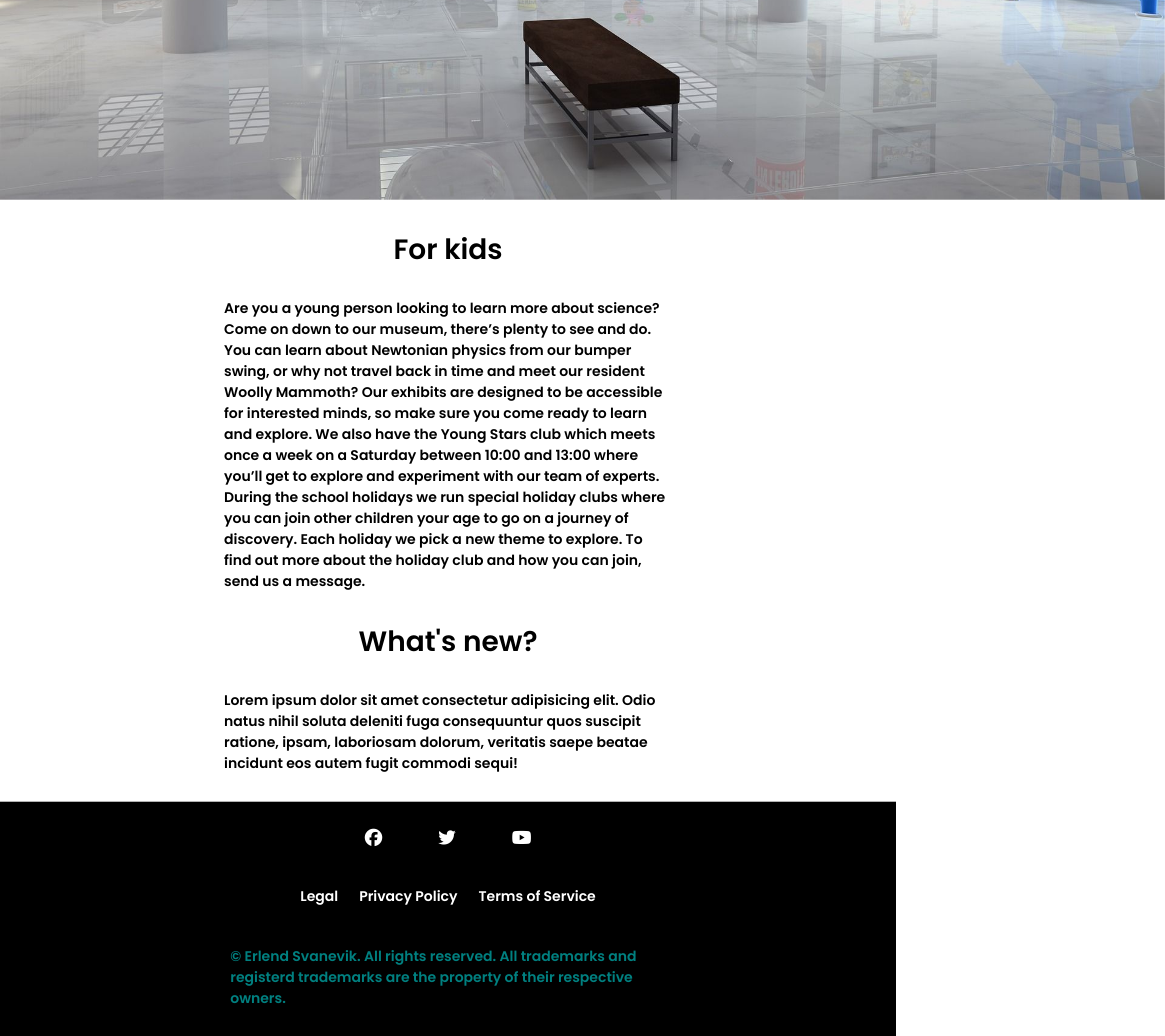
Repository: EpleWasTaken/Semester-Project
Page: index.html
These files come from the project's save history. The page is drawn as it stood at one moment and after the next save; the edit follows.
The browser window is 1280 px wide. The page is 1664 px wide, so the pictures cover 1664 px, including what lies to the right of the window. The pictures show the part of the page from y = 996 to 2476 px (the page is 2476 px tall before and 2466 px after), at 70% of full size.
Some web libraries are served in a nearby version.

Above is the page before, as saved 2020-12-04 12:34:14.

### index.html
<!DOCTYPE html>
<html lang="en">
<head>
    <meta charset="UTF-8">
    <meta name="viewport" content="width=device-width, initial-scale=1.0">
    <meta name="keywords" content="museum, science museum, community museum">
    <meta name="author" content="Erlend Molvik Svanevik">
    <title>CSM Home Page</title>

    <link rel="preconnect" href="https://fonts.gstatic.com">
    <link href="https://fonts.googleapis.com/css2?family=Poppins:ital,wght@0,100;0,200;0,300;0,400;0,500;0,600;1,100;1,200;1,300;1,400;1,500;1,600&display=swap" rel="stylesheet">
    <link rel="stylesheet" href="/css/styles.css">
    <link rel="stylesheet" href="/css/footer.css">
    <script src="https://kit.fontawesome.com/cafca22d75.js" crossorigin="anonymous"></script>
</head>


<!--NAVIGAION, LOGO AND SEARCH BAR-->


<body>
    <header>
        <div class="logo-container">
            <a href="index.html" aria-label="Go to frontpage">
                <img src="/Images/CommunityScienceMuseum.jpg" class="logo" alt="Community Science Museum logo">
            </a>
        </div>
        <label class="hamburger-menu" for="hamburger-menu" aria-label="Hamburger menu for navigation"><i class="fas fa-bars fa-2x"></i></label>
        <input type="checkbox" id="hamburger-menu">
        <nav>
            <div class="nav-container">
                <ul>
                    <h2>Menu</h2>
                    <li><a href="index.html" aria-label="Go to home page">Home</a></li>
                    <li><a href="visit.html" aria-label="Go to the visit page">Visit</a></li>
                    <li><a href="to-see-and-do.html" aria-label="Go to: To see and do">To see and do</a></li>
                    <li><a href="contact.html" aria-label="Go to the contact page">Contact</a></li>
                    <li><a href="about.html" aria-label="Go to the about page">About</a></li>
                </ul>
            </div>
        </nav>
    </header>


<!--CONTENT-->


<main>
    <section class="presentation">
        <div class="introduction">
            <div class="welcome-text">
                <h1>Explore together</h1>
                <p>Come join us at the Community Science Museum where we’re committed to making science accessible to all.</p>
            </div>
            <div class="home-image">
                <img src="/Images/200kbmuseum.jpg" class="homepic" alt="Scinence museum hallway">
            </div>
            <div>
                <h3>For kids</h3>
                <p>Are you a young person looking to learn more about science? Come on down to our museum, there’s plenty to see and do.
                   You can learn about Newtonian physics from our bumper swing, or why not travel back in time and meet our resident Woolly Mammoth? Our exhibits are designed to be accessible for interested minds, so make sure you come ready to learn and explore.
                   We also have the Young Stars club which meets once a week on a Saturday between 10:00 and 13:00 where you’ll get to explore and experiment with our team of experts.
                   During the school holidays we run special holiday clubs where you can join other children your age to go on a journey of discovery. Each holiday we pick a new theme to explore. To find out more about the holiday club and how you can join, send us a message.
                </p>
            </div>
            <div>
                </a>
                <h3>What's new?</h3>
                <p>Lorem ipsum dolor sit amet consectetur adipisicing elit. Odio natus nihil soluta deleniti fuga consequuntur quos suscipit ratione,
                ipsam, laboriosam dolorum, veritatis saepe beatae incidunt eos autem fugit commodi sequi!</p>
            </div>
        </div>
    </section>
</main>



<!--FOOTER, TOS/LEGAL/PRIVACY-POLICY AND SOCIALS-->


    <footer class="footer">
        <div class="footer-container">
            <ul class="footer-social">
                <li>
                    <a href="#0" class="facebook"><i class="fab fa-facebook"></i></a>
                </li>
                <li>
                    <a href="#0" class="twitter"><i class="fab fa-twitter"></i></a>
                </li>
                <li>
                    <a href="#0" class="youtube"><i class="fab fa-youtube"></i></a>
                </li>
            </ul>
        </div>
        <div class="footer-container">
            <div class="footer-legal">
                <a href="#0">Legal</a>
                <a href="#0">Privacy Policy</a>
                <a href="#0">Terms of Service</a>
            </div>
            <div class="footer-copyright">
                <p>&copy; Erlend Svanevik. All rights reserved. All trademarks and registerd trademarks are the property of
                   their respective owners.</p>
            </div>
        </div>
    </footer>
</body>
</html>

### css/styles.css
* {
	margin: 0px;
	padding: 0px;
	box-sizing: border-box;
}

body {
	font-family: 'poppins', sans seriff;
	background-color: white;
}

header {
	display: flex;
	background-color: black;
}

.logo {
	max-width: 125px;
}

.logo-container {
	height: 66.41px;
}

/* NAVIGATION/HAMBURGER MENU/CLICKEBLE
-------------------------------------------*/

nav {
	display: none;
}

label {
	display: block;
	height: 48px;
	padding: 16px;
	position: absolute;
	right: 0;
	top: 0;
	color: white;
	z-index: 1;
}

.nav-container {
	display: flex;
	flex-direction: column;
	align-items: center;
	position: fixed;
	top: 0;
	right: 0;
	background-color: black;
	width: 100%;
	height: 100vh;
	justify-content: center;
}

ul a {
	display: flex;
	text-decoration: none;
	font-size: 25px;
	justify-content: space-between;
	list-style-type: none;
	color: white;
	margin: 25px;
	font-weight: 400;
	align-items: center;
}

ul h2 {
	display: flex;
	text-decoration: underline;
	font-size: 35px;
	justify-content: space-between;
	list-style-type: none;
	color: white;
	margin: 25px;
	font-weight: 600;
	align-items: center;
}

ul {
	display: flex;
	flex-direction: column;
	justify-content: center;
	align-items: center;
}

#hamburger-menu {
	display: none;
}

#hamburger-menu:checked ~ nav {
	display: block;
}

/*PICTURES
-----------------------------------------------*/

.homepic {
	width: auto;
	max-width: 100%;
	height: auto;
}

/**/

h1 {
	display: flex;
	align-items: center;
	justify-content: center;
	font-family: 'poppins', sans-serif;
	margin-left: auto;
	margin-right: auto;
	font-weight: 600;
	font-size: 30px;
	margin: 40px;
}

h3 {
	display: flex;
	align-items: center;
	justify-content: center;
	font-family: 'poppins', sans-serif;
	font-weight: 600;
	font-size: 20px;
	margin: 40px;
}

h2 {
	display: flex;
	align-items: center;
	justify-content: center;
	font-family: 'poppins', sans-serif;
	margin-left: auto;
	margin-right: auto;
	font-weight: 600;
	font-size: 20px;
	margin: 40px;
}

p {
	display: flex;
	align-items: center;
	justify-content: center;
	font-family: 'poppins', sans-serif;
	font-weight: 600;
	font-size: 15px;
	margin: 40px;
	max-width: 70%;
	margin-left: auto;
	margin-right: auto;
}

.open-hours p {
	margin: 20px;
	margin-left: auto;
	margin-right: auto;
	align-items: center;
	justify-content: center;
}

@media screen and (min-width: 1024px) {
	header {
		height: 159.38px;
	}

	.logo {
		display: flex;

		max-width: 300px;
	}

	.hamburger-menu {
		display: none;
	}

	.homepic {
		display: flex;
		flex-direction: column;
		justify-content: center;
		align-items: center;
		max-width: 1664px;
		margin-left: auto;
		margin-right: auto;
	}

	h1 {
		display: flex;
		align-items: center;
		justify-content: center;
		font-family: 'poppins', sans-serif;
		font-weight: 600;
		font-size: 60px;
		margin: 40px;
	}

	p {
		display: flex;
		align-items: center;
		justify-content: center;
		font-family: 'poppins', sans-serif;
		font-weight: 600;
		font-size: 20px;
		margin: 40px;
		max-width: 50%;
		margin-left: auto;
		margin-right: auto;
	}

	h3 {
		display: flex;
		align-items: center;
		justify-content: center;
		font-family: 'poppins', sans-serif;
		font-weight: 600;
		font-size: 40px;
		margin: 40px;
	}
}

### css/footer.css
/* FOOTER */

* {
	padding: 0;
	margin: 0;
	box-sizing: border-box;
}

footer {
	display: flex;
	flex-direction: column;
	justify-content: center;
	align-items: center;
	background-color: black;
	font-family: 'Poppins', sans-serif;
	font-weight: 600;
}

.footer-container {
	display: flex;
	flex-direction: column;
	justify-content: center;
	align-items: center;
}

.footer-social {
	font-size: 35px;
}

.footer-social li a {
	color: white;
}

.footer-legal {
	display: flex;
	flex-direction: column;
	text-decoration: none;
	align-items: center;
	justify-content: center;
	font-size: 20px;
}

.footer-legal a {
	display: flex;
	text-decoration: none;
	flex-direction: column;
	padding: 15px;
}

.footer-social li a.facebook:hover {
	color: #3b5998;
}

.footer-social li a.twitter:hover {
	color: #00acee;
}

.footer-social li a.youtube:hover {
	color: #c4302b;
}

.footer-legal a {
	color: white;
}

.footer-legal a:hover {
	color: #021859;
}

.footer-copyright {
	display: flex;
	flex-direction: column;
	text-decoration: none;
	font-size: 14px;
	color: teal;
}

ul {
	list-style: none;
}

@media screen and (min-width: 1024px) {
	.footer-legal {
		display: flex;
		flex-direction: row;
		justify-content: center;
		align-items: center;
	}

	.footer-legal a {
		display: flex;
		flex-direction: row;
		justify-content: center;
		align-items: center;
		padding: 15px;
	}

	.footer-social {
		display: flex;
		flex-direction: row;
		justify-content: center;
		align-items: center;
		text-decoration: none;
	}

	.footer-container {
		text-decoration: none;
	}

	.footer-social li {
		display: flex;
		flex-direction: row;
		text-decoration: none;
		margin: 15px;
	}
}

After the next save:
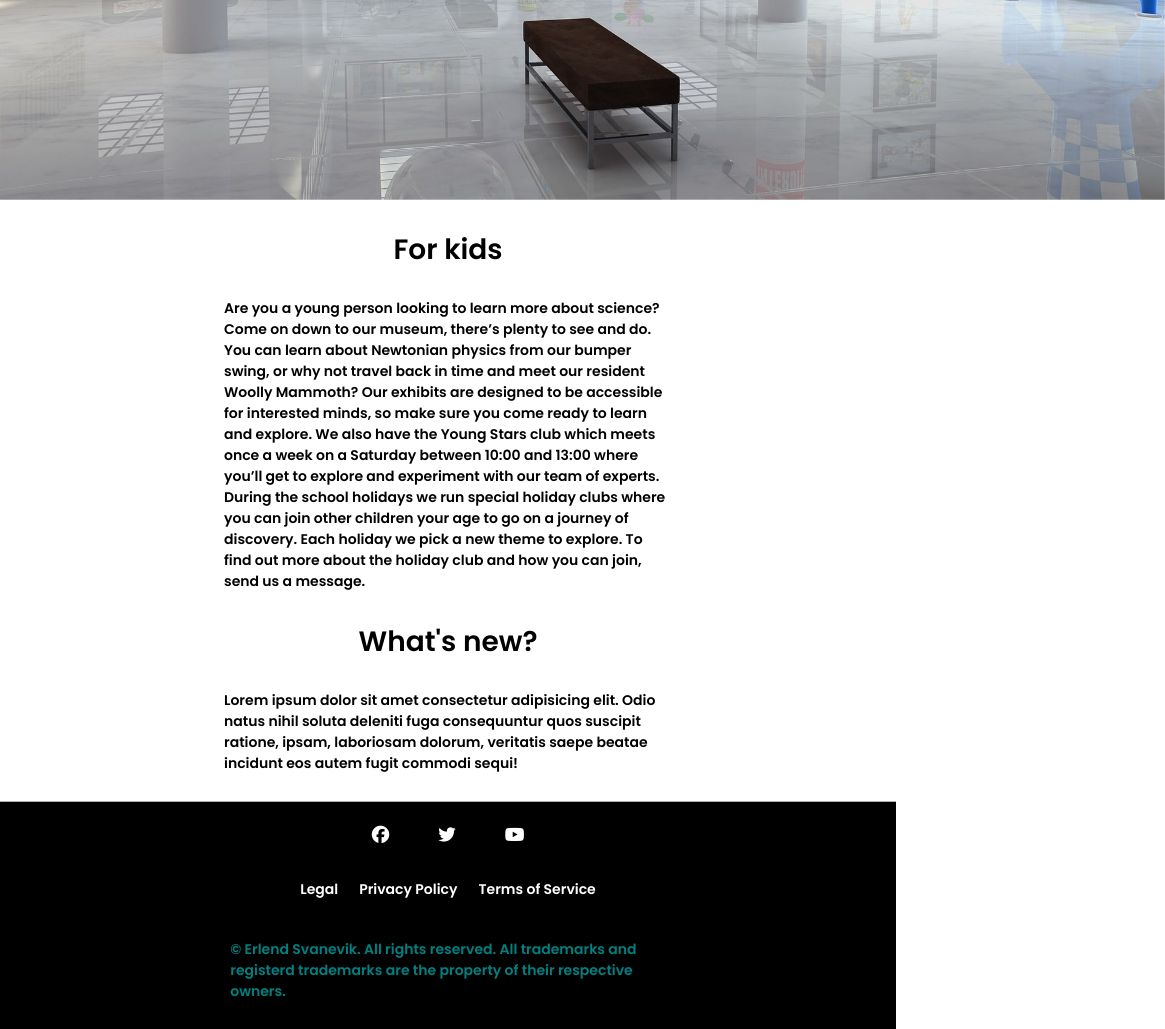
Saved 17 min 8 s later.
--- a/css/styles.css
+++ b/css/styles.css
@@ -60,7 +60,7 @@ ul a {
 	justify-content: space-between;
 	list-style-type: none;
 	color: white;
-	margin: 25px;
+	margin: 20px;
 	font-weight: 400;
 	align-items: center;
 }
